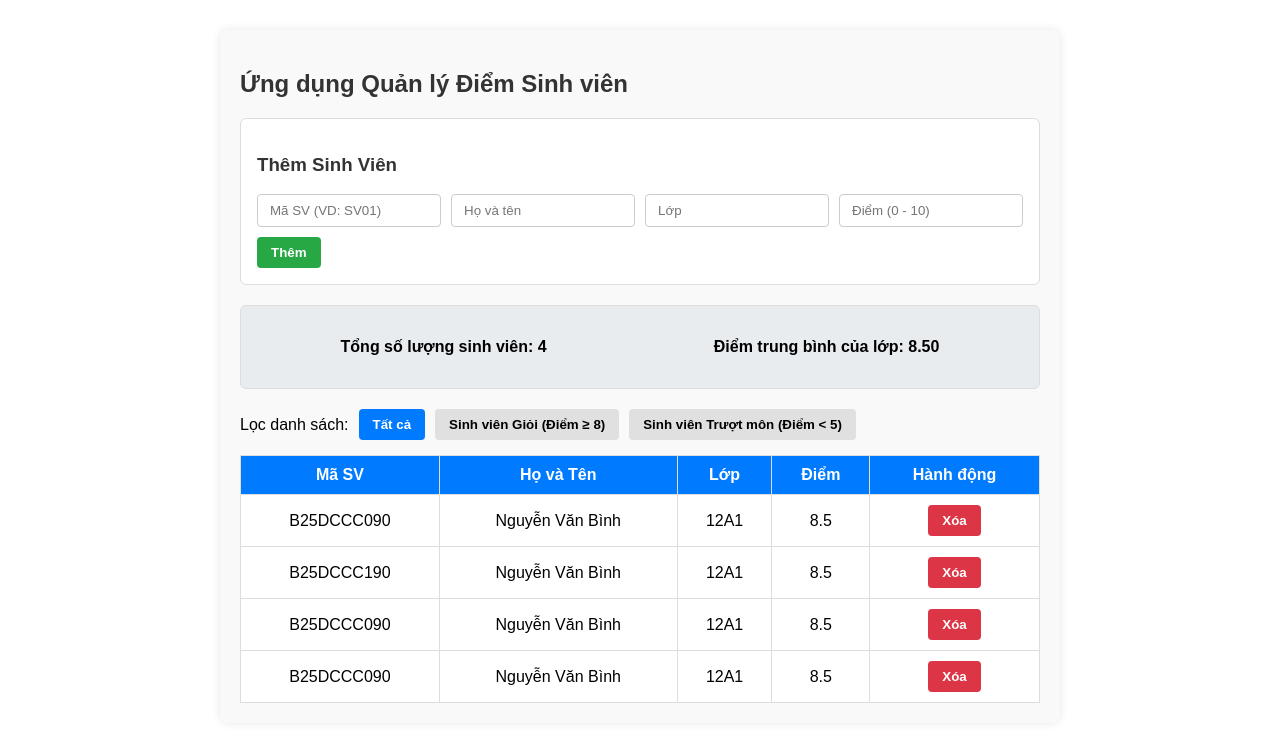
Repository: bachphamudu/B25DCCC030
Page: /
The author's editor kept a copy of each file at every save. The page is drawn from the files as they stood at one save, then again after the next save.
The browser window is 1280 px wide. The pictures show the whole page.
The project was rebuilt for these pictures with package versions that can differ from the ones it lists, and the page was loaded fresh each time.

Above is the page before, as saved 2026-10-15 09:53:26.

### src/App.js
import React, { useState } from 'react';
import './App.css';

// 1. Đổi "props" thành "sql" trong StudentItem
const StudentItem = (sql) => {
  return (
    <tr>
      <td>{sql.student.id}</td>
      <td>{sql.student.name}</td>
      <td>{sql.student.className}</td>
      <td>{sql.student.score}</td>
      <td>
        <button
          className="btn-delete"
          onClick={() => sql.onDelete(sql.student.id)}
        >
          Xóa
        </button>
      </td>
    </tr>
  );
};

// 2. Đổi "props" thành "sql" trong StudentTable
const StudentTable = (sql) => {
  if (sql.students.length === 0) {
    return <p className="empty-text">Không có sinh viên nào phù hợp.</p>;
  }

  return (
    <table className="student-table">
      <thead>
        <tr>
          <th>Mã SV</th>
          <th>Họ và Tên</th>
          <th>Lớp</th>
          <th>Điểm</th>
          <th>Hành động</th>
        </tr>
      </thead>
      <tbody>
        {sql.students.map((student) => (
          <StudentItem
            key={student.id}
            student={student}
            onDelete={sql.onDelete}
          />
        ))}
      </tbody>
    </table>
  );
};

const App = () => {
  const [students, setStudents] = useState([
    { id: 'B25DCCC090', name: 'Nguyễn Văn Bình', score: 8.5, className: '12A1' },
    { id: 'B25DCCC190', name: 'Nguyễn Văn Bình', score: 8.5, className: '12A1' },
    { id: 'B25DCCC090', name: 'Nguyễn Văn Bình', score: 8.5, className: '12A1' },
    { id: 'B25DCCC090', name: 'Nguyễn Văn Bình', score: 8.5, className: '12A1' },

  ]);

  const [formData, setFormData] = useState({
    id: '',
    name: '',
    score: '',
    className: '',
  });

  const [errorMessage, setErrorMessage] = useState('');

  const [filterType, setFilterType] = useState('ALL');

  const handleInputChange = (e) => {
    const name = e.target.name;
    const value = e.target.value;
    setFormData((prev) => ({
      ...prev,
      [name]: value,
    }));
  };

  const handleAddStudent = (e) => {
    e.preventDefault();

    if (!formData.id.trim() || !formData.name.trim() || !formData.className.trim() || formData.score === '') {
      setErrorMessage('Vui lòng điền đầy đủ tất cả các trường thông tin!');
      return;
    }

    const isExisted = students.some((s) => s.id.toString().trim() === formData.id.trim());
    if (isExisted) {
      setErrorMessage(`Mã sinh viên "${formData.id.trim()}" đã tồn tại! Vui lòng chọn mã khác.`);
      return;
    }

    const numericScore = parseFloat(formData.score);
    if (isNaN(numericScore) || numericScore < 0 || numericScore > 10) {
      setErrorMessage('Điểm số phải là số hợp lệ từ 0 đến 10!');
      return;
    }

    const newStudent = {
      id: formData.id.trim(),
      name: formData.name.trim(),
      score: numericScore,
      className: formData.className.trim(),
    };

    setStudents((prev) => [...prev, newStudent]);

    setFormData({ id: '', name: '', score: '', className: '' });
    setErrorMessage('');
  };

  const handleDeleteStudent = (id) => {
    setStudents((prev) => prev.filter((student) => student.id !== id));
  };

  const filteredStudents = students.filter((student) => {
    if (filterType === 'EXCELLENT') return student.score >= 8;
    if (filterType === 'FAILED') return student.score < 5;
    return true;
  });

  const totalStudents = students.length;
  const averageScore = totalStudents > 0
    ? (students.reduce((sum, current) => sum + current.score, 0) / totalStudents).toFixed(2)
    : 0;

  return (
    <div className="container">
      <h2>Ứng dụng Quản lý Điểm Sinh viên</h2>

      {}
      <div className="card">
        <h3>Thêm Sinh Viên</h3>
        {errorMessage && <p className="error-alert">{errorMessage}</p>}
        <form onSubmit={handleAddStudent} className="form-group">
          <input
            type="text"
            name="id"
            placeholder="Mã SV (VD: SV01)"
            value={formData.id}
            onChange={handleInputChange}
          />
          <input
            type="text"
            name="name"
            placeholder="Họ và tên"
            value={formData.name}
            onChange={handleInputChange}
          />
          <input
            type="text"
            name="className"
            placeholder="Lớp"
            value={formData.className}
            onChange={handleInputChange}
          />
          <input
            type="number"
            name="score"
            placeholder="Điểm (0 - 10)"
            step="0.1"
            value={formData.score}
            onChange={handleInputChange}
          />
          <button type="submit" className="btn-add">Thêm</button>
        </form>
      </div>

      {}
      <div className="card stats-card">
        <p>{`Tổng số lượng sinh viên: ${totalStudents}`}</p>
        <p>{`Điểm trung bình của lớp: ${averageScore}`}</p>
      </div>

      {}
      <div className="filter-group">
        <span>Lọc danh sách: </span>
        <button
          className={filterType === 'ALL' ? 'active' : ''}
          onClick={() => setFilterType('ALL')}
        >
          Tất cả
        </button>
        <button
          className={filterType === 'EXCELLENT' ? 'active' : ''}
          onClick={() => setFilterType('EXCELLENT')}
        >
          Sinh viên Giỏi (Điểm &ge; 8)
        </button>
        <button
          className={filterType === 'FAILED' ? 'active' : ''}
          onClick={() => setFilterType('FAILED')}
        >
          Sinh viên Trượt môn (Điểm &lt; 5)
        </button>
      </div>

      {}
      <StudentTable
        students={filteredStudents}
        onDelete={handleDeleteStudent}
      />
    </div>
  );
};

export default App;

### src/App.css
.container {
  max-width: 800px;
  margin: 30px auto;
  padding: 20px;
  font-family: Arial, sans-serif;
  background-color: #f9f9f9;
  border-radius: 8px;
  box-shadow: 0 0 10px rgba(0, 0, 0, 0.1);
}

h2, h3 {
  color: #333;
}

.card {
  background: white;
  padding: 16px;
  border-radius: 6px;
  margin-bottom: 20px;
  border: 1px solid #ddd;
}

.form-group {
  display: flex;
  gap: 10px;
  flex-wrap: wrap;
}

.form-group input {
  padding: 8px 12px;
  border: 1px solid #ccc;
  border-radius: 4px;
  flex: 1;
  min-width: 140px;
}

.error-alert {
  color: red;
  margin-bottom: 10px;
  font-size: 14px;
}

button {
  cursor: pointer;
  padding: 8px 14px;
  border: none;
  border-radius: 4px;
  font-weight: bold;
}

.btn-add {
  background-color: #28a745;
  color: white;
}

.btn-delete {
  background-color: #dc3545;
  color: white;
}

.stats-card {
  display: flex;
  justify-content: space-around;
  font-weight: bold;
  background-color: #e9ecef;
}

.filter-group {
  margin-bottom: 15px;
  display: flex;
  align-items: center;
  gap: 10px;
}

.filter-group button {
  background-color: #e0e0e0;
}

.filter-group button.active {
  background-color: #007bff;
  color: white;
}

.student-table {
  width: 100%;
  border-collapse: collapse;
  background: white;
}

.student-table th, .student-table td {
  border: 1px solid #ddd;
  padding: 10px;
  text-align: center;
}

.student-table th {
  background-color: #007bff;
  color: white;
}

.student-table tr:hover {
  background-color: #f1f1f1;
}

.empty-text {
  text-align: center;
  color: #777;
  font-style: italic;
}

Loaded but not shown: public/index.html (common file); src/index.js (common file); src/index.css (common file); src/reportWebVitals.js (common file)

After the next save:
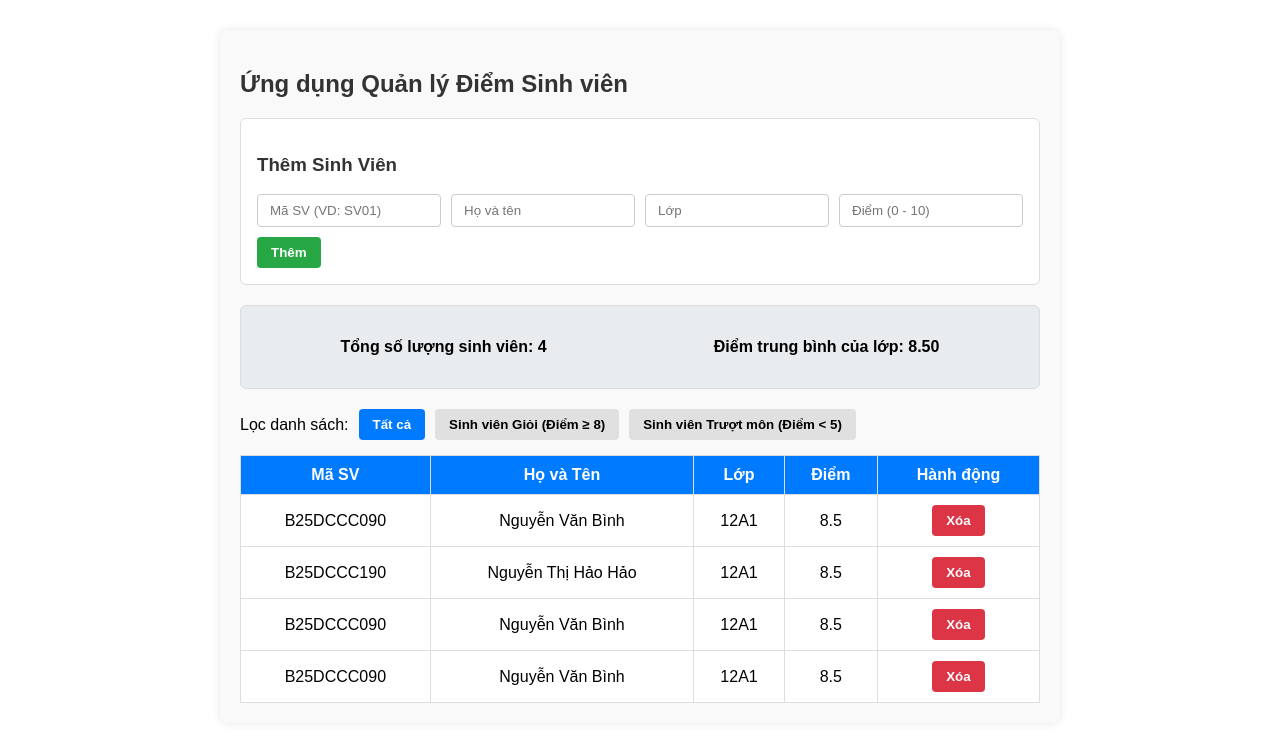
Saved 7 s later.
--- a/src/App.js
+++ b/src/App.js
@@ -54,7 +54,7 @@ const StudentTable = (sql) => {
 const App = () => {
   const [students, setStudents] = useState([
     { id: 'B25DCCC090', name: 'Nguyễn Văn Bình', score: 8.5, className: '12A1' },
-    { id: 'B25DCCC190', name: 'Nguyễn Văn Bình', score: 8.5, className: '12A1' },
+    { id: 'B25DCCC190', name: 'Nguyễn Thị Hảo Hảo', score: 8.5, className: '12A1' },
     { id: 'B25DCCC090', name: 'Nguyễn Văn Bình', score: 8.5, className: '12A1' },
     { id: 'B25DCCC090', name: 'Nguyễn Văn Bình', score: 8.5, className: '12A1' },
 
